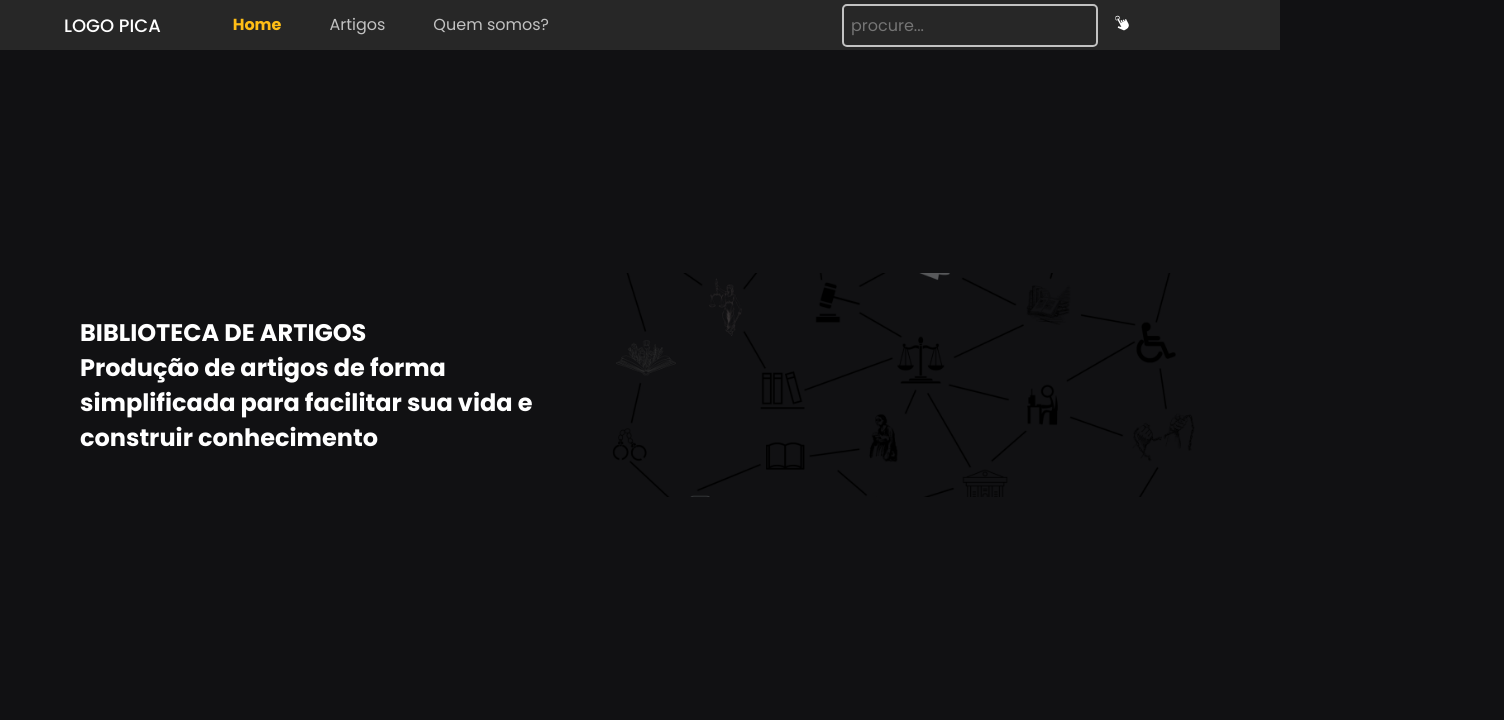
Repository: ArthurHendrich/Inepto
Page: /
An editor plug-in stored every save of this project. The page is shown before and after the next save, followed by the edit.
The browser window is 1280 px wide. The page is 1280 px wide, then 1504 px, so the pictures cover 1504 px, including what lies to the right of the window. The pictures show the whole page.
The project was rebuilt for these pictures with package versions that can differ from the ones it lists, and the page was loaded fresh each time. The framework's server and built-in components were replaced by stand-ins that run in the browser. Also part of the build but not shown: next.config.js.

Above is the page before, as saved 2022-07-06 19:36:57.

After the next save:
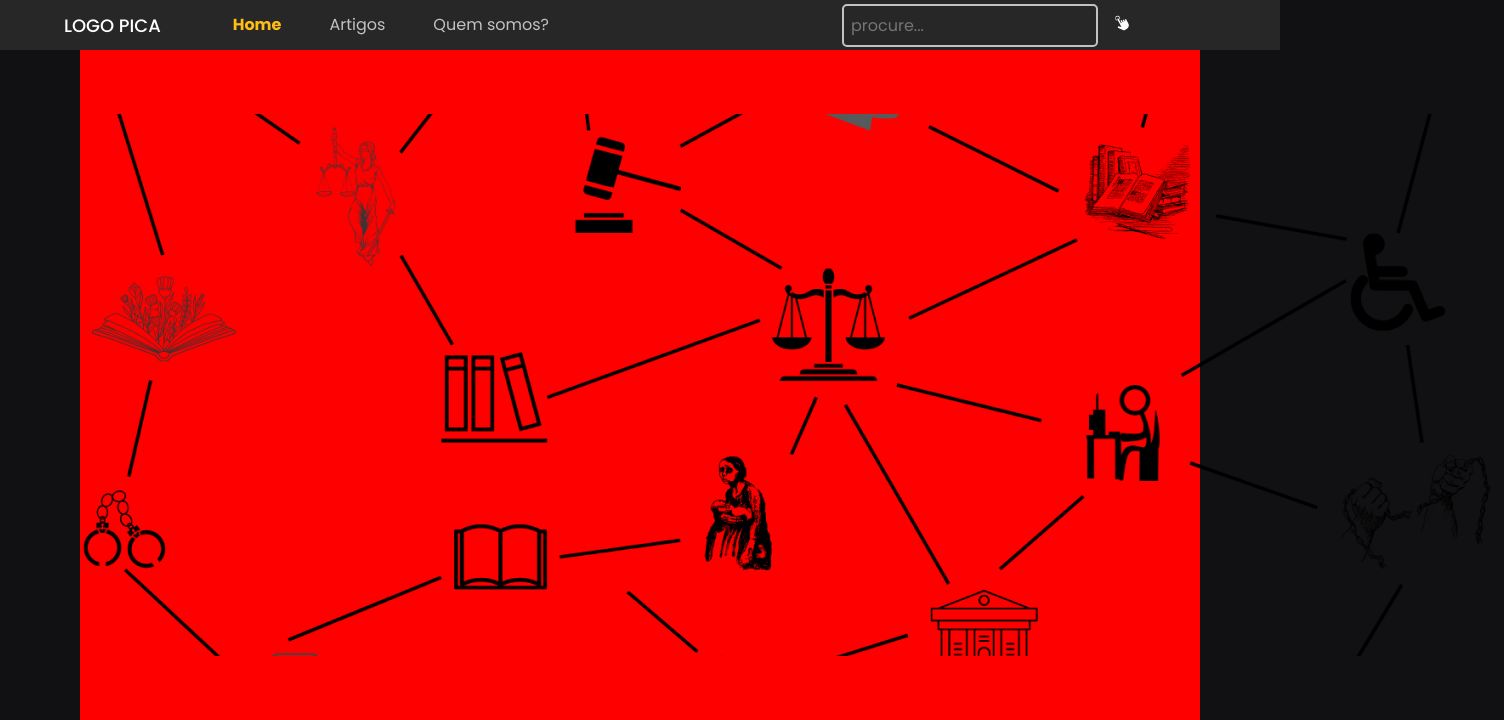
Saved 7 s later.
--- a/src/styles/home.module.scss
+++ b/src/styles/home.module.scss
@@ -7,7 +7,5 @@
   justify-content: center;
   align-items: center;
 
-  img{
-    max-width: 640px;
-  }
+  background-color: red;
 }
